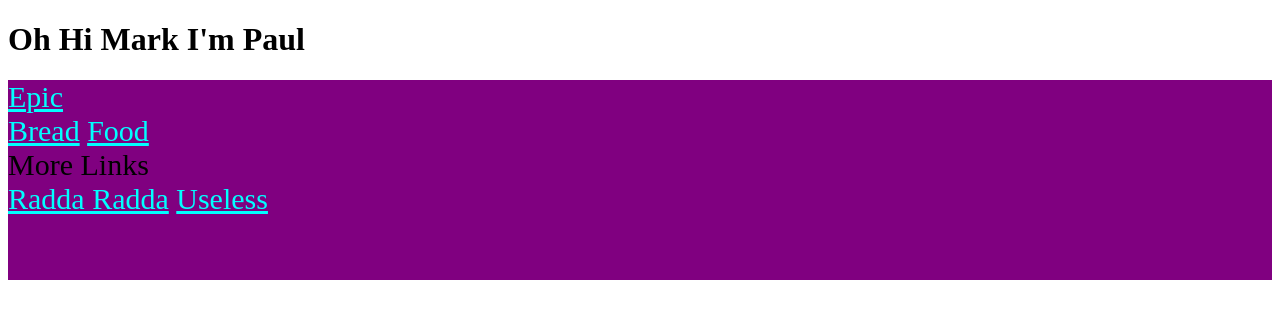
Repository: Komerican/komerican.github.io
Page: index.html
The author's editor kept a record of every edit. The page is drawn from the files as they stood at one moment, then again after the next edit.
The browser window is 1280 px wide. The pictures show the whole page.

Above is the page before.

After the next edit:
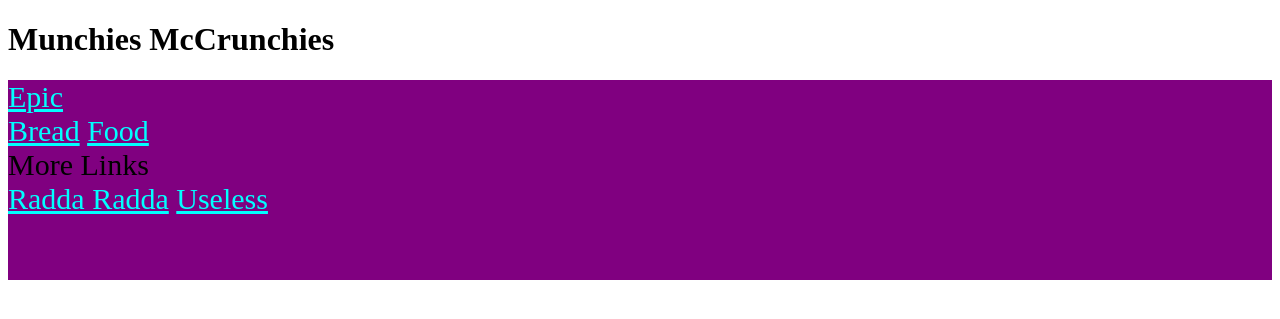
The edit:
--- a/index.html
+++ b/index.html
@@ -31,7 +31,7 @@
 </head>
 <body>
 
-<h1>Oh Hi Mark I'm Paul</h1>
+<h1>Munchies McCrunchies</h1>
 <div class="navbar">
 <a href="https://www.coolmathgames.com">Epic</a>
 <div class="dropdown">
